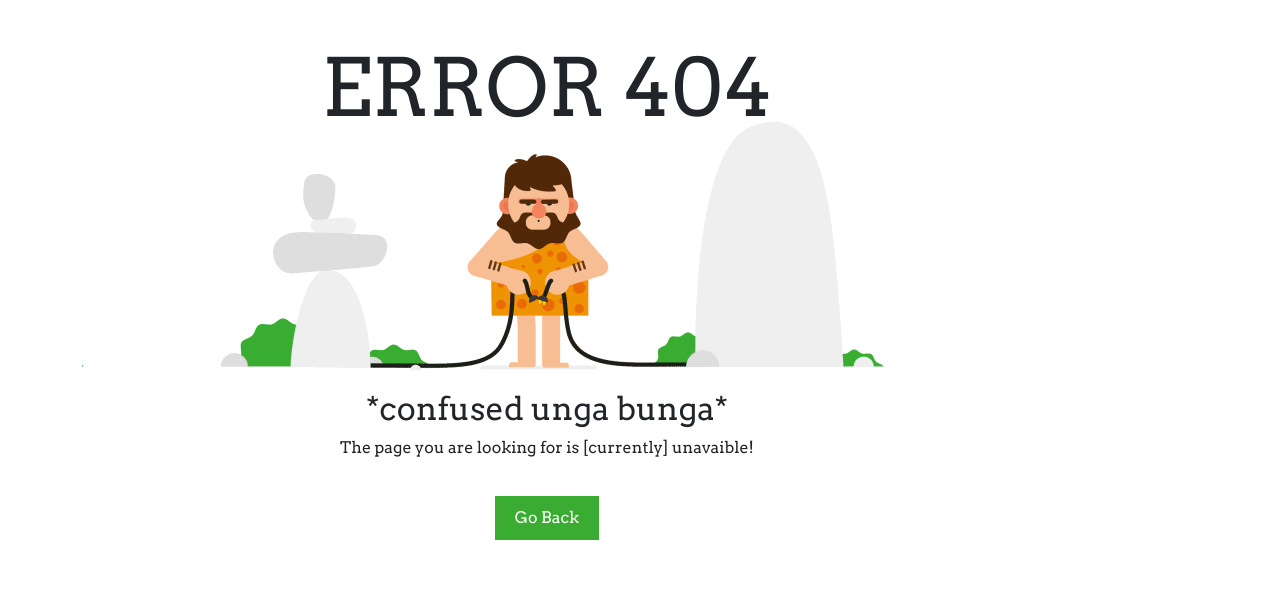
Repository: Delos-343/404-ERROR
Page: index.html
An editor plug-in stored every save of this project. The page is shown before and after the next save, followed by the edit.
The browser window is 1280 px wide. The pictures show the whole page.

Above is the page before, as saved 2022-04-23 16:14:42.

### index.html
<!DOCTYPE html>
<html lang="en">
<head>
    <meta charset="UTF-8">
    <meta http-equiv="X-UA-Compatible" content="IE=edge">
    <meta name="viewport" content="width=device-width, initial-scale=1.0">
    <link rel="stylesheet" href="https://cdn.jsdelivr.net/npm/bootstrap@5.1.0/dist/css/bootstrap.min.css">
    <link rel='stylesheet' href='https://fonts.googleapis.com/css?family=Arvo'>
    <link rel="stylesheet" href="style.css">
    <title>Error 404 | Delos-343</title>
</head>
<body>
    <section class="page_404">
        <div class="container">
          <div class="row">
            <div class="col-sm-12 ">
              <div class="col-sm-10 col-sm-offset-1  text-center">
                <div class="four_zero_four_bg">
                  <h1 class="text-center ">ERROR 404</h1>

                </div>

                <div class="contant_box_404">
                  <h3 class="h2">
                    *confused unga bunga*
                  </h3>

                  <p>The page you are looking for is [currently] unavaible!</p>

                  <a href="" class="link_404">Go Back</a>
                </div>
              </div>
            </div>
          </div>
        </div>
      </section>
</body>
</html>

### style.css
.page_404 {
  padding: 40px 0;
  background: #fff;
  font-family: "Arvo", serif;
}
.page_404 img {
  width: 100%;
}
.four_zero_four_bg {
  background-image: url(404.gif);
  height: 400px;
  background-position: center;
}
.four_zero_four_bg h1 {
  font-size: 80px;
}
.four_zero_four_bg h3 {
  font-size: 80px;
}
.link_404 {
  color: #fff !important;
  padding: 10px 20px;
  background: #39ac31;
  margin: 20px 0;
  display: inline-block;
  text-decoration: none;
}
.contant_box_404 {
  margin-top: -50px;
}

After the next save:
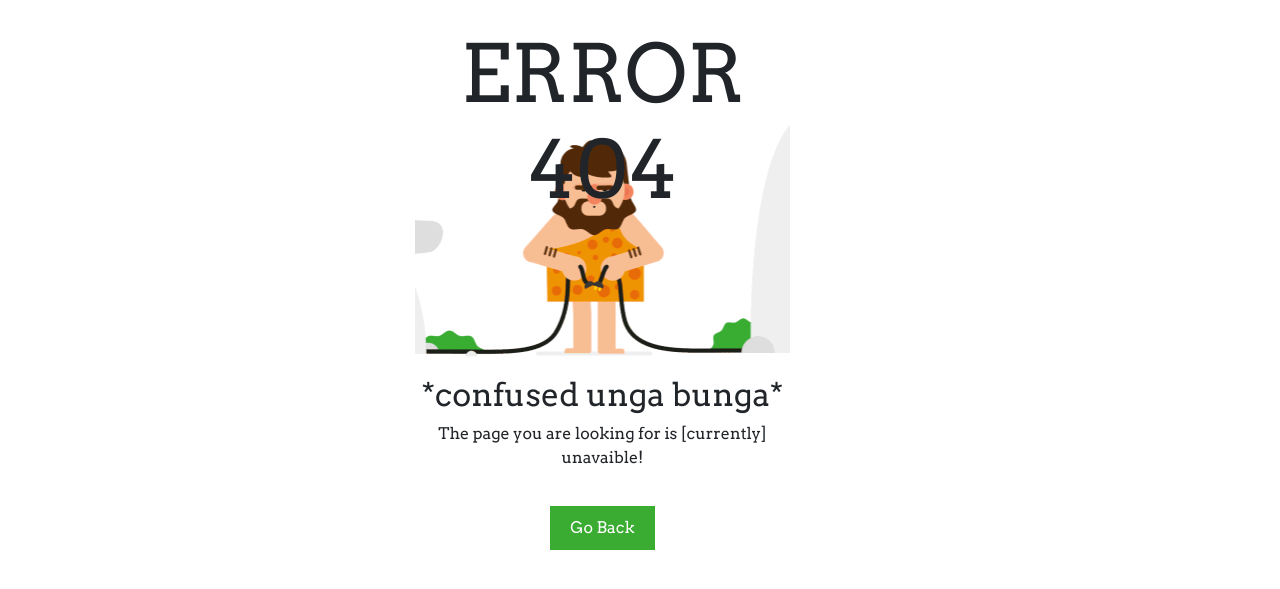
Saved 2 min 21 s later.
--- a/style.css
+++ b/style.css
@@ -1,7 +1,13 @@
 .page_404 {
-  padding: 40px 0;
+  padding: 2%;
   background: #fff;
   font-family: "Arvo", serif;
+  display: grid;
+  align-items: center;
+  justify-content: center;
+}
+.container {
+  margin-auto;
 }
 .page_404 img {
   width: 100%;
